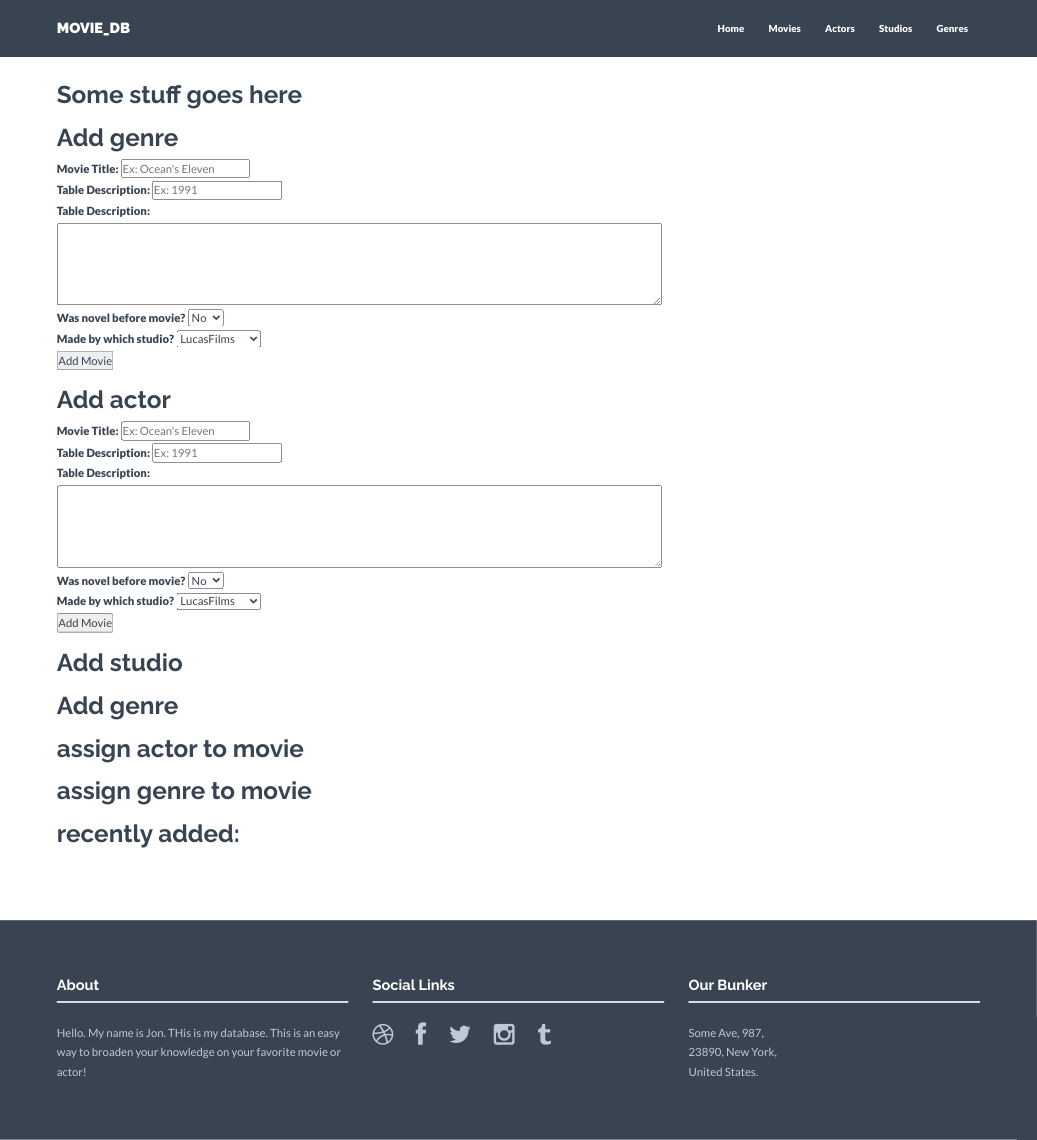
Repository: jonak91/Buzzerd-index
Page: http://localhost/add_genre.php
The author's editor kept a record of every edit. The page is drawn from the files as they stood at one moment, then again after the next edit.
The browser window is 1280 px wide. The pictures show the whole page, at 81% of full size.
Some web libraries are served in a nearby version. The page is run by PHP 8.4 with error messages shown; the project is at /var/www/html/. The database holds what the project's SQL file puts in it.

Above is the page before.
Not found: assets/js/modernizr.js

After the next edit:
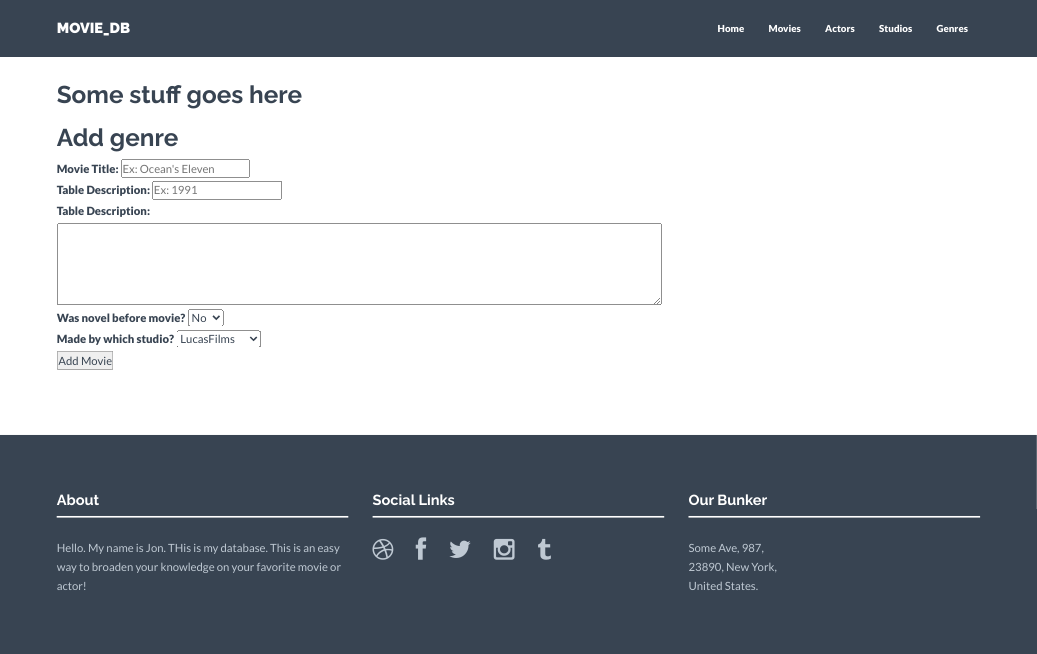
The edit:
--- a/add_genre.php
+++ b/add_genre.php
@@ -44,41 +44,7 @@
 							<input type="submit" name="submit" value="Add Movie" />
 						</form>
 
-						<h2>Add actor</h2>
-						<form method="post" name="add_movie">
-								<div>
-									<label for="title">Movie Title:</label> <input type="text" name="title" placeholder="Ex: Ocean's Eleven" />
-								</div>
-								<div>
-									<label for="year_released">Table Description:</label> <input type="text" name="year_released" placeholder="Ex: 1991" />
-								</div>
-								<div>
-									<label for="synopsis">Table Description:</label> <textarea name="synopsis" rows="5" cols="100"></textarea>
-								</div>
-								<div>
-								<label for="was_novel"> Was novel before movie?</label>
-									<select name="was_novel">
-										<option value="0">No</option>
-										<option value="1">Yes</option>
-									</select>
-							</div>
-							<div>
-							<label for="studioID"> Made by which studio?</label>
-									<select name="studioID">
-										<?php
-										$studios = get_studios();
-										foreach($studios as $studio){ ?>
-										<option value="<?php echo $studio['sID']; ?>"><?php echo $studio['name']; ?></option>
-										<?php } ?>
-									</select>
-							</div>
-							<input type="submit" name="submit" value="Add Movie" />
-						</form>
-						<h2>Add studio</h2>
-						<h2>Add genre</h2>
-						<h2>assign actor to movie</h2>
-						<h2>assign genre to movie</h2>
-						<h2>recently added:</h2>
+
 			</div><! --/ MAIN CONTENT AREA -->
 	 	</div><! --/row -->
 	 </div><! --/container -->
